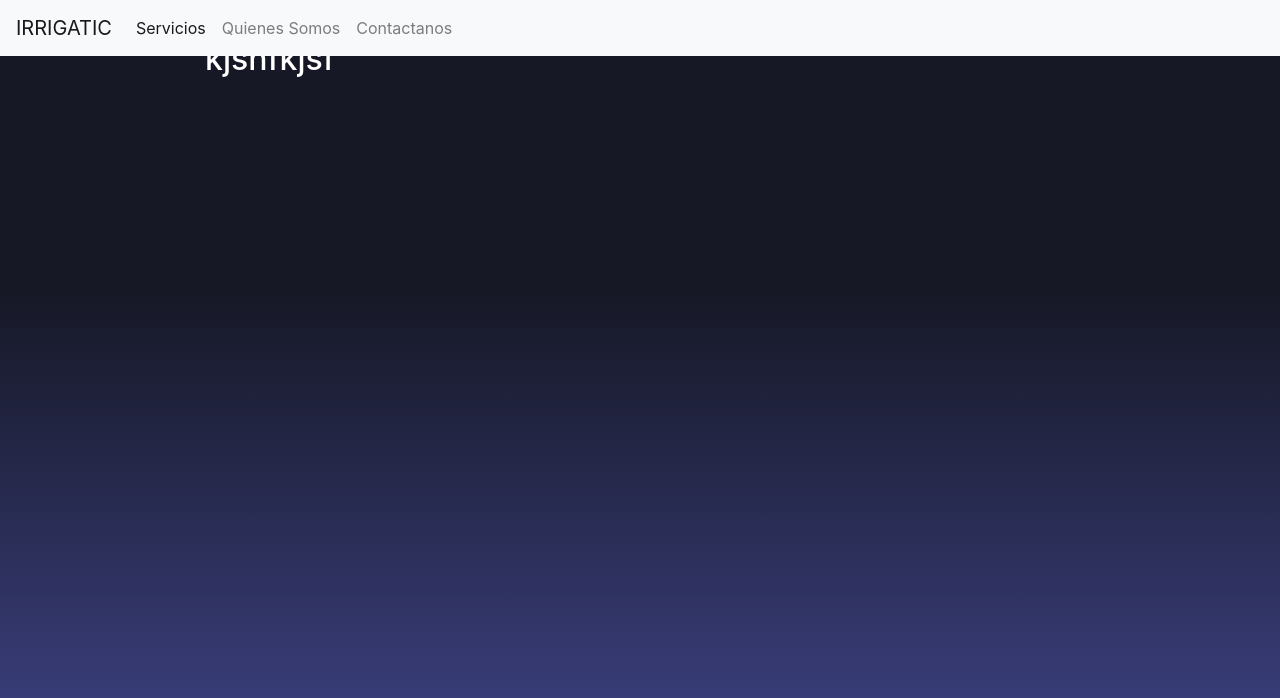
Repository: CristianPalta1/pages_react
Page: /
An editor plug-in stored every save of this project. The page is shown before and after the next save, followed by the edit.
The browser window is 1280 px wide. The pictures show the whole page.
The project was rebuilt for these pictures with package versions that can differ from the ones it lists, and the page was loaded fresh each time. Also part of the build but not shown: src/components/styles/Navbar.css, src/pages/styles/Home.css, src/components/Forms.jsx, src/pages/InicioSesion.jsx, src/components/Container.jsx, src/pages/Dashboard.jsx, src/pages/IngresoDoc.jsx, src/pages/NotifiDoc.jsx and 10 more.

Above is the page before, as saved 2019-08-29 15:21:08.

After the next save:
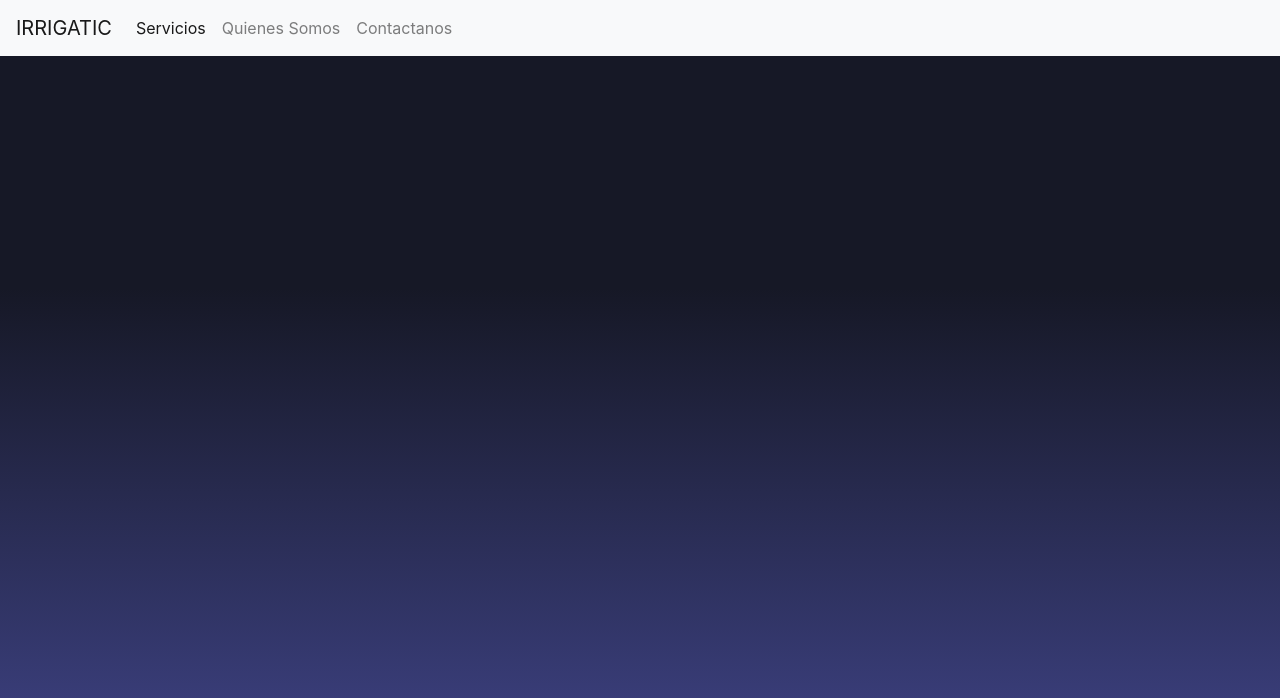
Saved 4 min 55 s later.
--- a/src/pages/Inicio.jsx
+++ b/src/pages/Inicio.jsx
@@ -49,9 +49,6 @@ class Inicio extends Component {
     return (
 
       <div className="container">
-          <div className="container">
-                <p>lksdasd</p>
-          </div>
         <h2>kjshfkjsf</h2>
       </div>
     );
